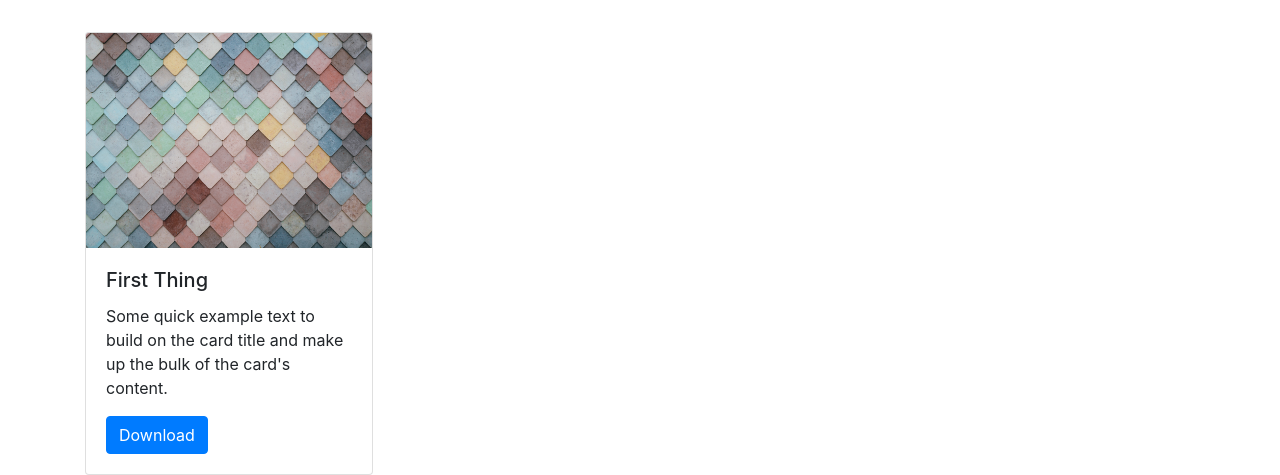
Repository: manojsatya/Web_development
Page: Pattern_project/index.html
These files come from the project's save history. The page is drawn as it stood at one moment and after the next save; the edit follows.
The browser window is 1280 px wide. The pictures show the part of the page from y = 451 to 926 px (the page is 926 px tall).
Some web libraries are served in a nearby version.

Above is the page before, as saved 2019-05-29 11:04:47.

After the next save:
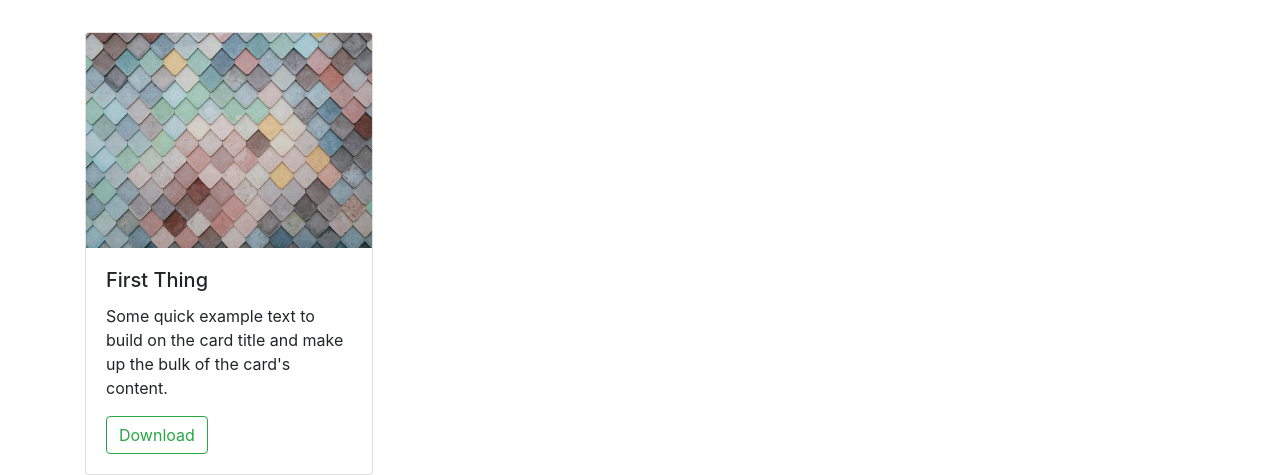
Saved 13 s later.
--- a/Pattern_project/index.html
+++ b/Pattern_project/index.html
@@ -44,7 +44,7 @@
                     <div class="card-body">
                       <h5 class="card-title">First Thing</h5>
                       <p class="card-text">Some quick example text to build on the card title and make up the bulk of the card's content.</p>
-                      <a href="#" class="btn btn-primary">Download</a>
+                      <a href="#" class="btn btn-outline-success">Download</a>
                     </div>
             </div>
 
